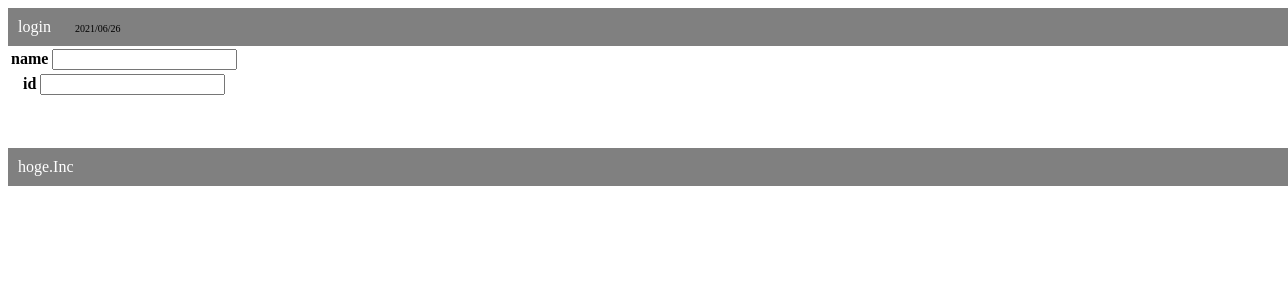
Repository: genki-iwai/curriculum
Page: http://localhost/Check3/
The author's editor kept a copy of each file at every save. The page is drawn from the files as they stood at one save, then again after the next save.
The browser window is 1280 px wide. The page is 1288 px wide, so the pictures cover 1288 px, including what lies to the right of the window. The pictures show the whole page.
The page is served by Tomcat 9.

Above is the page before, as saved 2021-07-04 01:49:22.

After the next save:
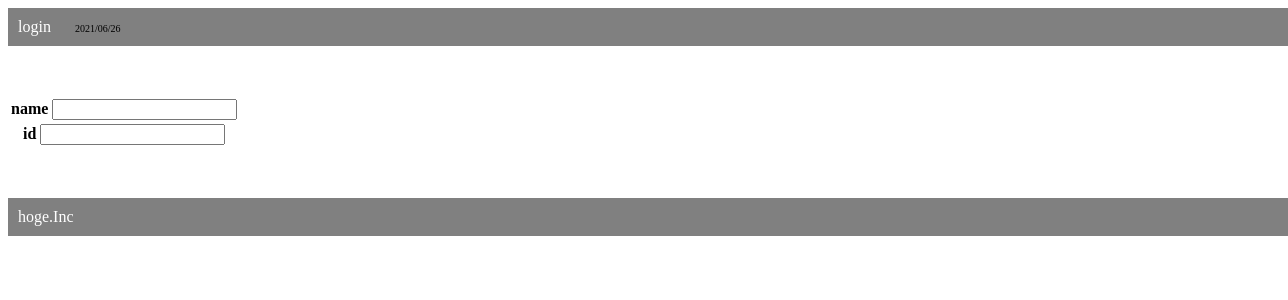
Saved 104 s later.
--- a/JavaStudy/Check3/WebContent/css/style.css
+++ b/JavaStudy/Check3/WebContent/css/style.css
@@ -18,7 +18,7 @@ body {
 	font-size: 10px;
 }
 .main {
-	paddding-top: 50px;
+	padding-top: 50px;
 	padding-bottom: 50px;
 }
 .footer {
